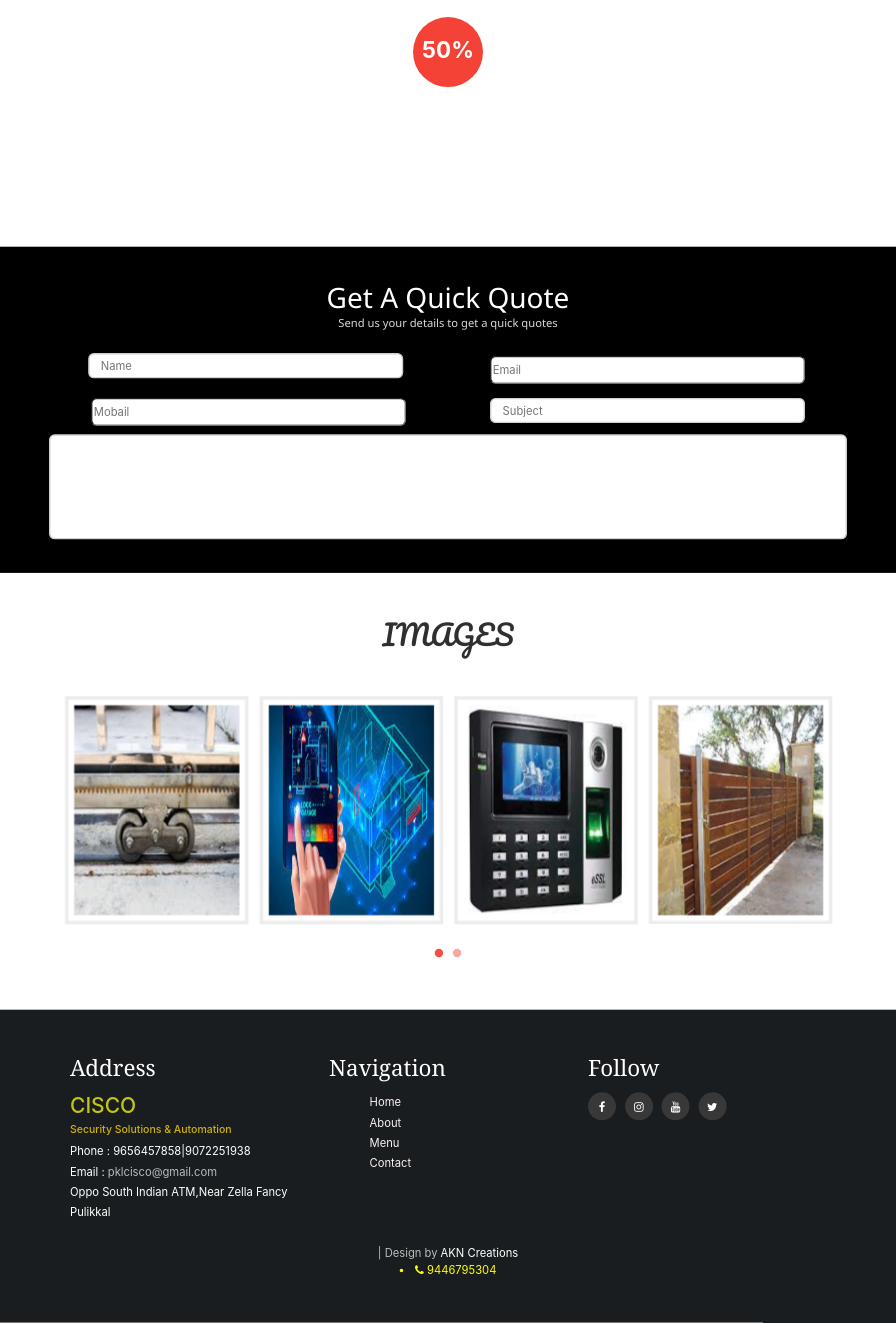
Repository: Nuhman123/Cisco
Page: index.html
An editor plug-in stored every save of this project. The page is shown before and after the next save, followed by the edit.
The browser window is 1280 px wide. The pictures show the part of the page from y = 2068 to 3988 px (the page is 3958 px tall before and 3988 px after), at 70% of full size.

Above is the page before, as saved 2021-04-10 16:32:18.

After the next save:
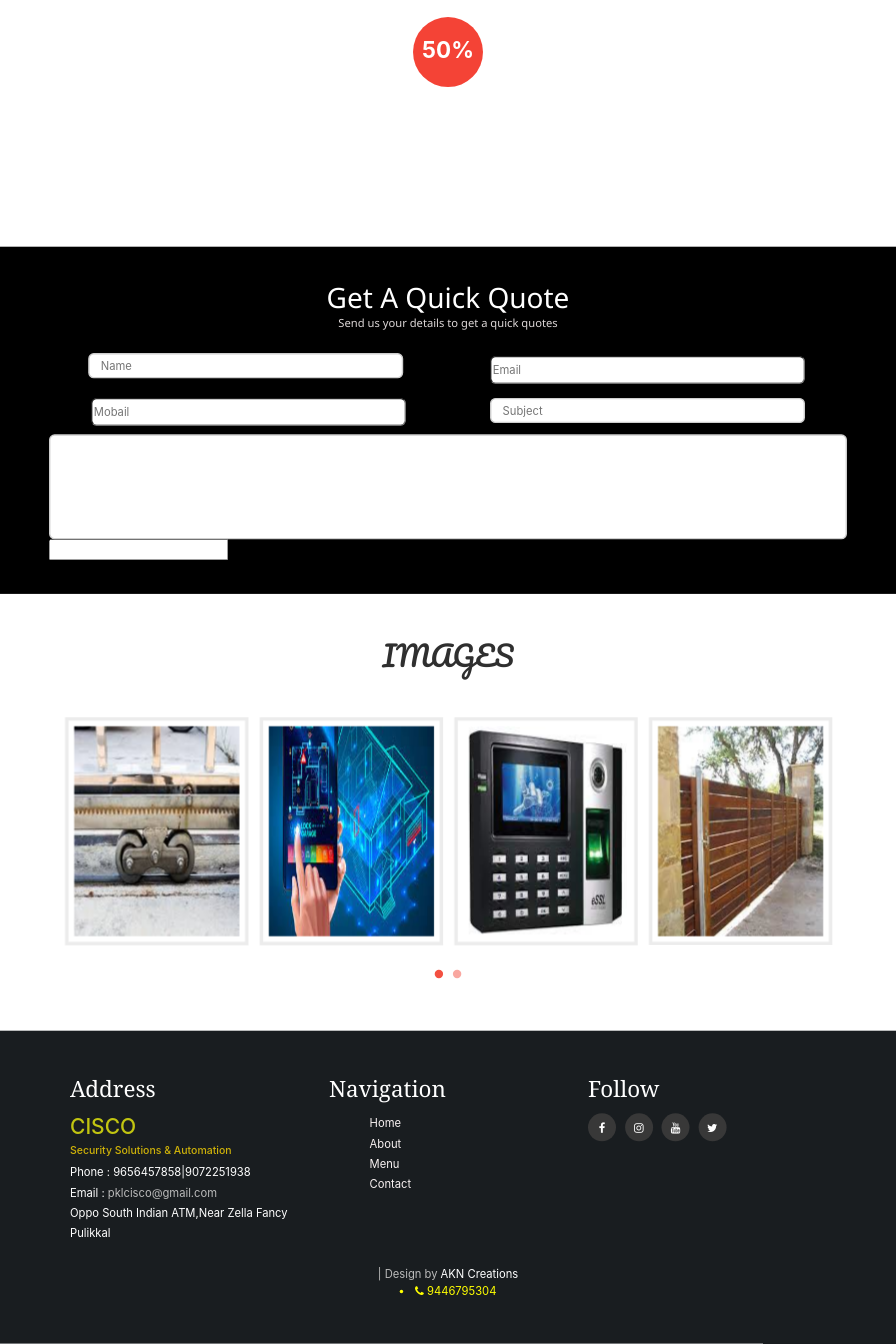
Saved 7 s later.
--- a/index.html
+++ b/index.html
@@ -336,7 +336,7 @@
 						<input type="text" placeholder="Subject" style="width: 450px;background: white;margin: 12px; height: 30px;border-radius: 8px;">
 					</div>
 					<textarea class="col-xs-12" style="background: white;width: outo; border-radius: 8px;"></textarea>
-					<inpu
+					<input
 				</div>
 			  </form>
 		</div>
